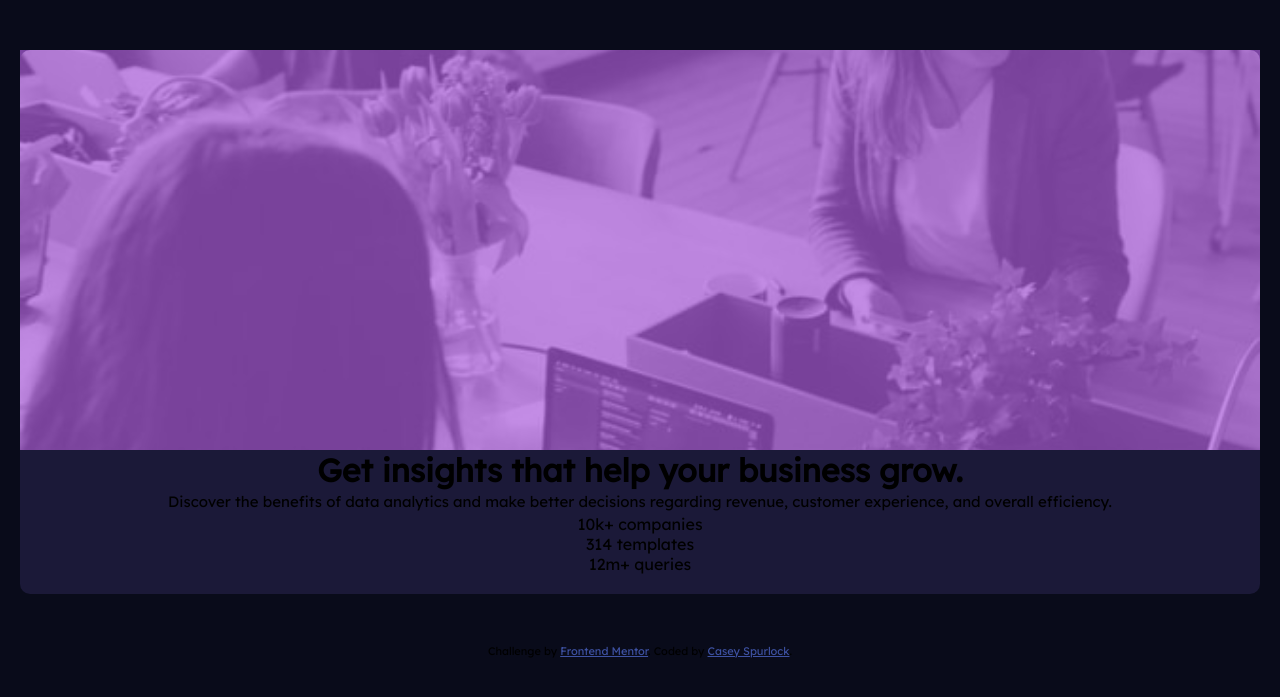
Repository: CaseySpurlock/stats-prewiew-component
Page: index.html
These files come from the project's save history. The page is drawn as it stood at one moment and after the next save; the edit follows.
The browser window is 1280 px wide. The pictures show the whole page.

Above is the page before, as saved 2021-06-22 01:17:51.

### index.html
<!DOCTYPE html>
<html lang="en">
<head>
  <meta charset="UTF-8">
  <meta name="viewport" content="width=device-width, initial-scale=1.0"> <!-- displays site properly based on user's device -->

  <link rel="icon" type="image/png" sizes="32x32" href="./images/favicon-32x32.png">

  <title>Frontend Mentor | Stats preview card component</title>

  <link rel="stylesheet" href="styles.css">
  <link rel="preconnect" href="https://fonts.googleapis.com">
  <link rel="preconnect" href="https://fonts.gstatic.com" crossorigin>
  <link href="https://fonts.googleapis.com/css2?family=Inter:wght@400;700&family=Lexend+Deca&display=swap" rel="stylesheet">

</head>

<body>

  <div class="container">
    <div class="card picture">
      <div class="overlay"></div>
    </div>
      <div class="card">
        <h1>Get insights that help your business grow.</h1>
      <p>Discover the benefits of data analytics and make better decisions regarding revenue, customer
        experience, and overall efficiency.</p>
        <ul>
          <li>10k+ companies</li>
          <li>314 templates</li>
          <li>12m+ queries</li>
        </ul>
      </div>
      </div>








  <div class="attribution">
    Challenge by <a href="https://www.frontendmentor.io?ref=challenge" target="_blank">Frontend Mentor</a>.
    Coded by <a href="#">Casey Spurlock</a>.
  </div>
</body>
</html>

### styles.css
:root {
    --Very-dark-blue: hsl(233, 47%, 7%);
    --Dark-desaturated-blue: hsl(244, 38%, 16%);
    --Soft-violet: hsl(277, 64%, 61%);
    --White: hsl(0, 0%, 100%);
    --Slightly-transparent -white: hsla(0, 0%, 100%, 0.75);
    --Slightly-transparent-white: hsla(0, 0%, 100%, 0.6);
}

* {
    margin: 0;
    padding: 0;
    box-sizing: border-box;
}

img {
    max-width: 100%;
}

ul {
    list-style-type: none;
}

body {
    font-family: "lexend deca", sans-serif;
    background-color: var(--Very-dark-blue);
}

p {
    font-size: 15px;
    line-height: 1.6;
}

.container {
    background-color: var(--Dark-desaturated-blue);
    margin: 50px 20px;
    padding: 0 0 20px;
    border-radius: 10px;
    text-align: center;
}

.container .picture  {
    background: url(./images/image-header-mobile.jpg)
    no-repeat center/cover;
    height: 400px;
    border-radius: 10px 10px 0 0;
}

.container .picture .overlay {
    background-color: hsla(277, 64%, 61%, .7);
    height: 400px;
}

.container .picture {
    border-radius: 10px 10px 0 0;
}


.attribution {
    font-size: 11px;
    text-align: center;
}
.attribution a {
    color: hsl(228, 45%, 44%);
}

After the next save:
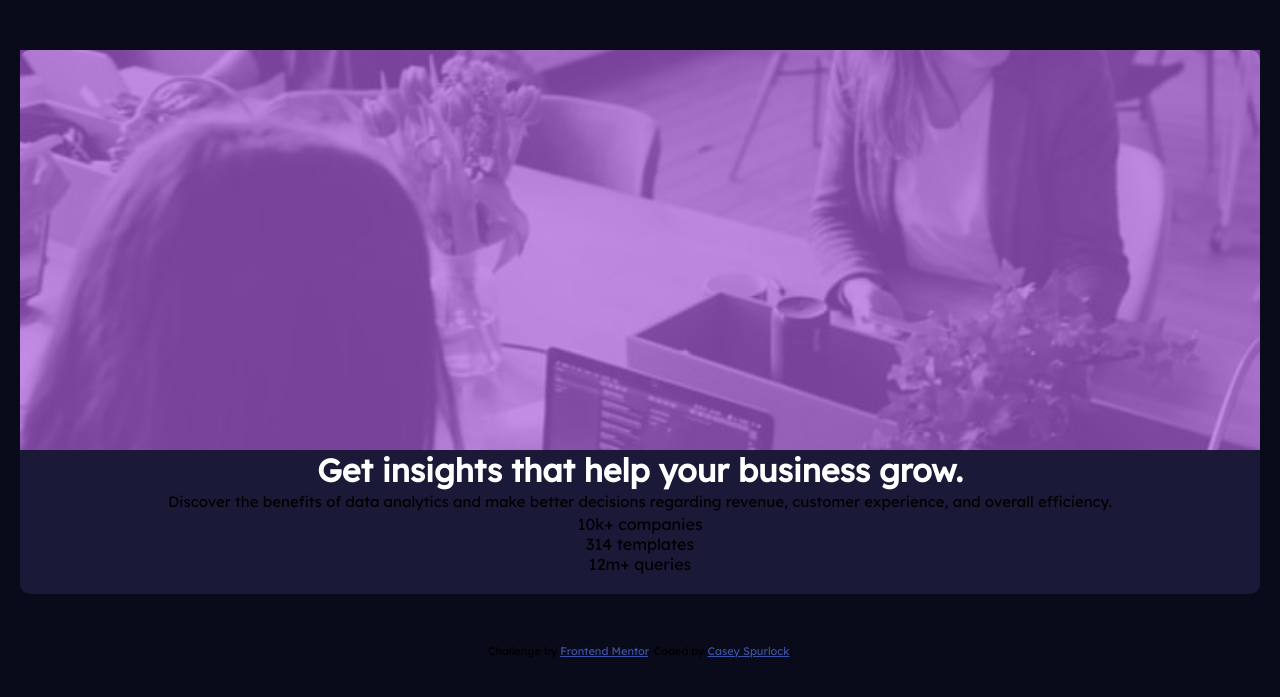
Saved 53 s later.
--- a/styles.css
+++ b/styles.css
@@ -55,6 +55,9 @@
     border-radius: 10px 10px 0 0;
 }
 
+.container .card h1 {
+    color: var(--White);
+}
 
 .attribution {
     font-size: 11px;
